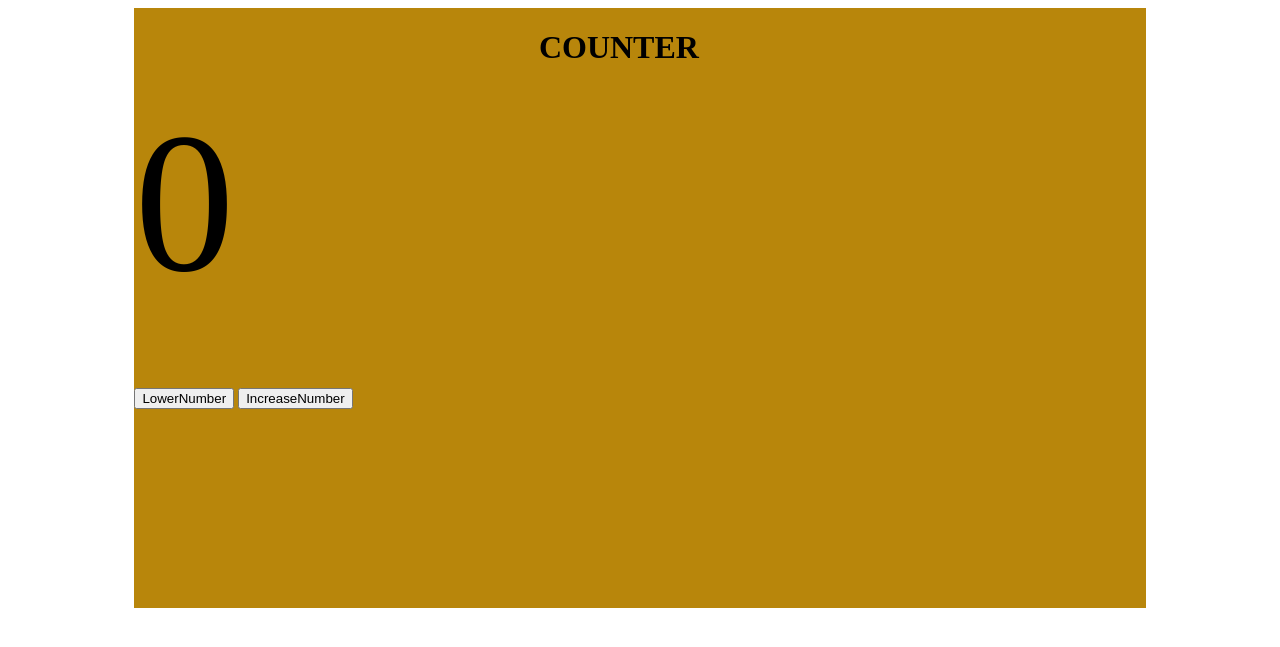
Repository: Sgalstyan06/counterNum
Page: index.html
An editor plug-in stored every save of this project. The page is shown before and after a run of saves, followed by the edit.
The browser window is 1280 px wide. The pictures show the whole page.

Above is the page before, as saved 2022-02-14 16:54:12.

After the next 3 saves:
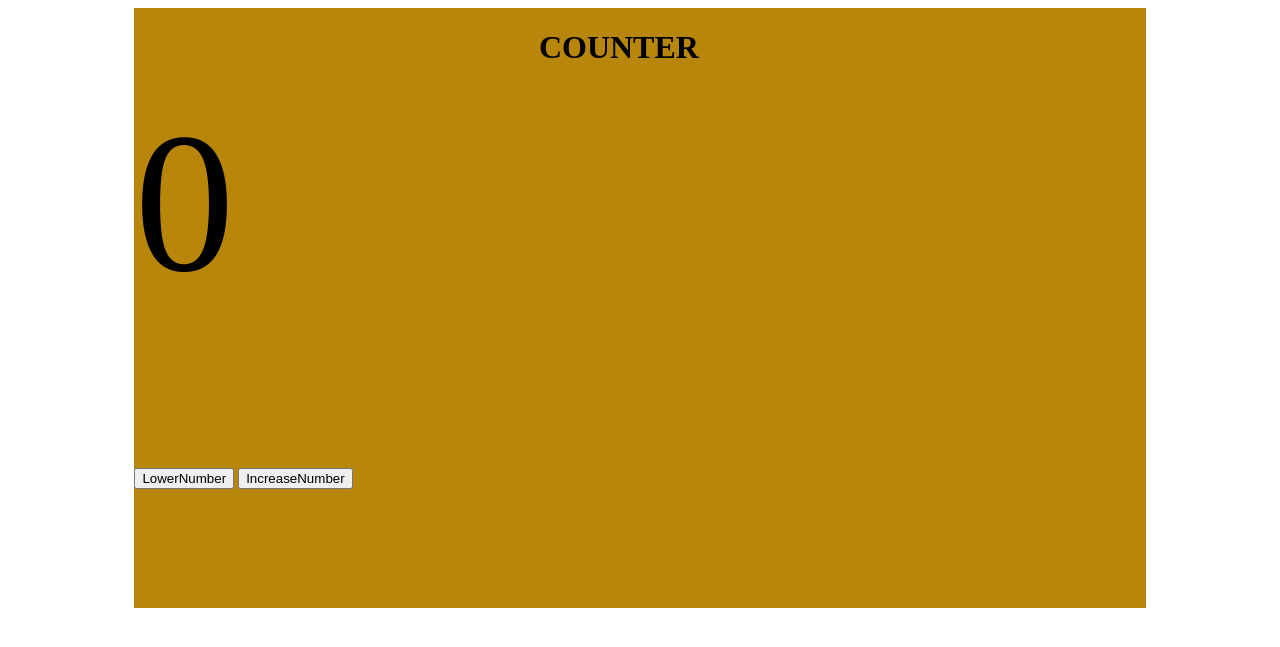
The 3 saves are shown as one change because they came seconds apart.
The last was saved 15 s later.
--- a/style.css
+++ b/style.css
@@ -13,6 +13,6 @@ h1{
 
 .result{
     width: 80%;
-    height: 300px;
+    height: 380px;
     font-size: 200px;
 }
